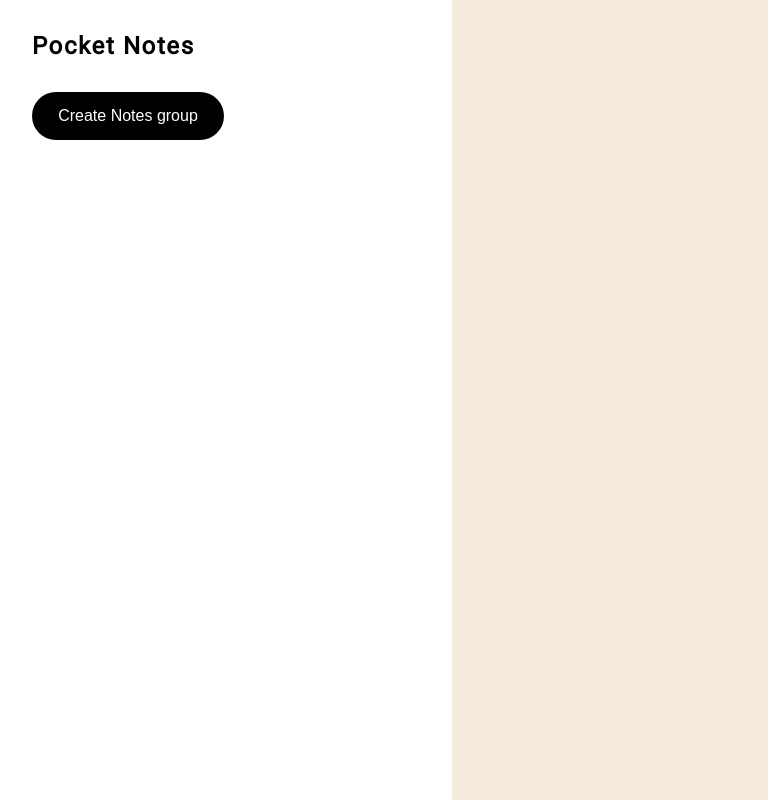
Repository: drumsmanku/react-module-test
Page: /
These files come from the project's save history. The page is drawn as it stood at one moment and after the next save; the edit follows.
The browser window is 768 px wide. The pictures show the whole page.
The project was rebuilt for these pictures with package versions that can differ from the ones it lists, and the page was loaded fresh each time. Also part of the build but not shown: src/Components/NotesComponent.js.

Above is the page before, as saved 2023-06-12 22:35:49.

After the next save:
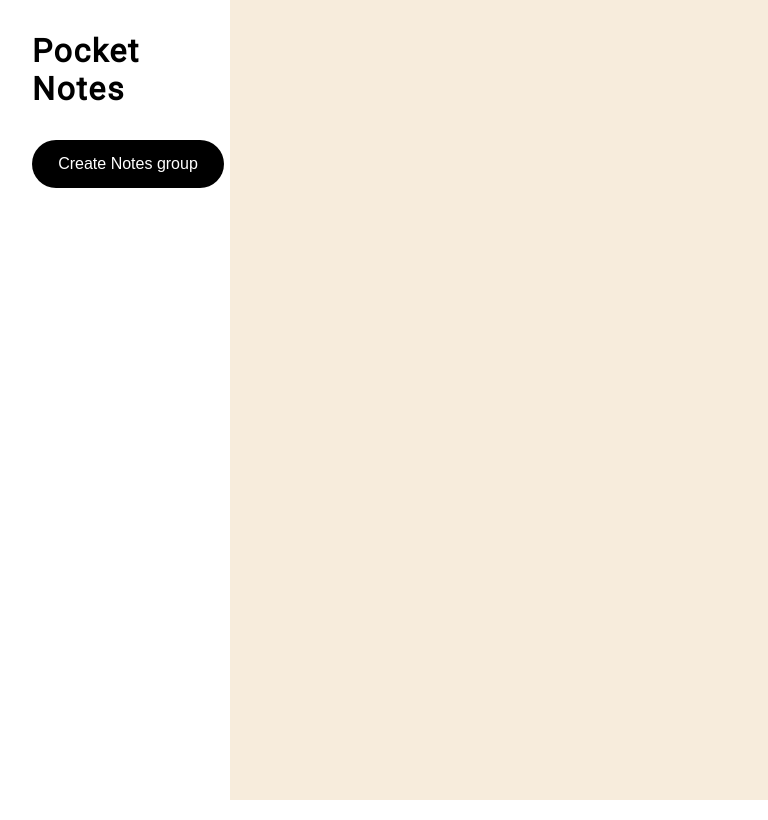
Saved 26 min 12 s later.
--- a/src/Components/MainPage.css
+++ b/src/Components/MainPage.css
@@ -61,16 +61,3 @@ body{
   width: 70%;
   height: 100vh;
 }
-@media(max-width:768px){
-  .first-compartment {
-    width: 100%;
-    height: 100vh;
-  }
-  .first-compartment>h1{
-    font-size: 1.5rem;
-  }
-  .cat-buttons{
-    height: 3rem;
-    font-size: 1rem;
-  }
-}
